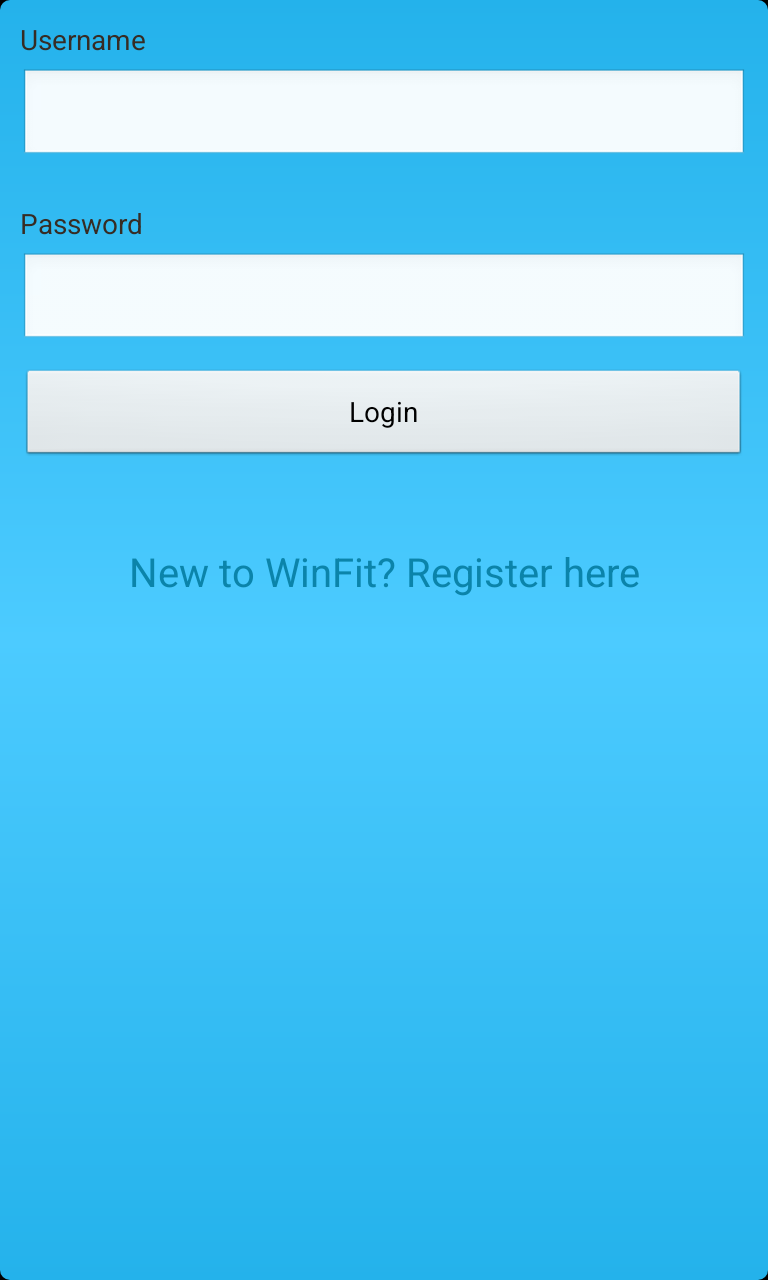
Repository: jwisch91/CS390-Project
Layout: workspace/testing/res/layout/login.xml
An editor plug-in stored every save of this project. The layout is shown before and after the next save, followed by the edit.
It is drawn on a 768 x 1280 px phone screen (xhdpi) without system bars, with theme android:Theme.NoTitleBar; the app's code is not run.

Above is the layout before, as saved 2013-03-31 22:00:32.

After the next save:
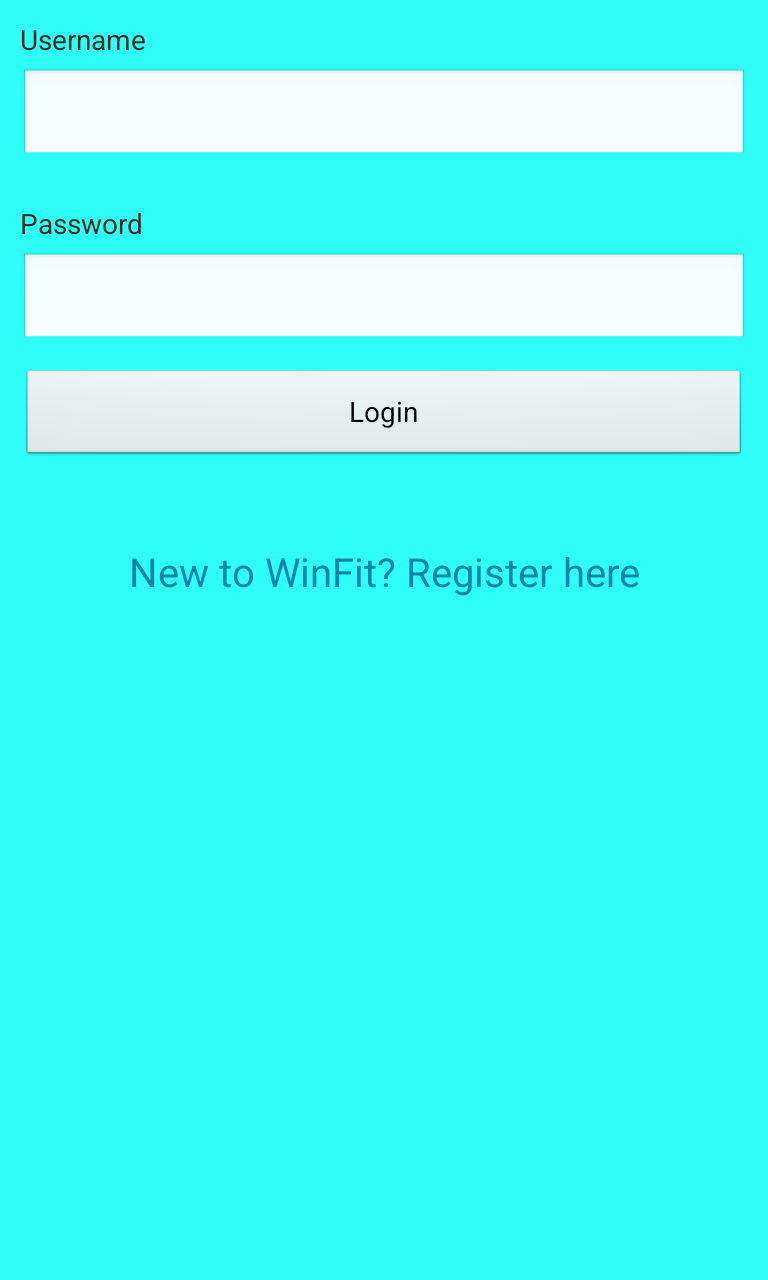
Saved 88 s later.
--- a/workspace/testing/res/layout/login.xml
+++ b/workspace/testing/res/layout/login.xml
@@ -7,7 +7,8 @@
   <RelativeLayout
         android:layout_width="fill_parent"
         android:layout_height="wrap_content"
-        android:background="@layout/header_gradient">
+        android:background="#2EFEF7">
+
 
         <!--  Header  Starts-->
         <LinearLayout android:id="@+id/header">
